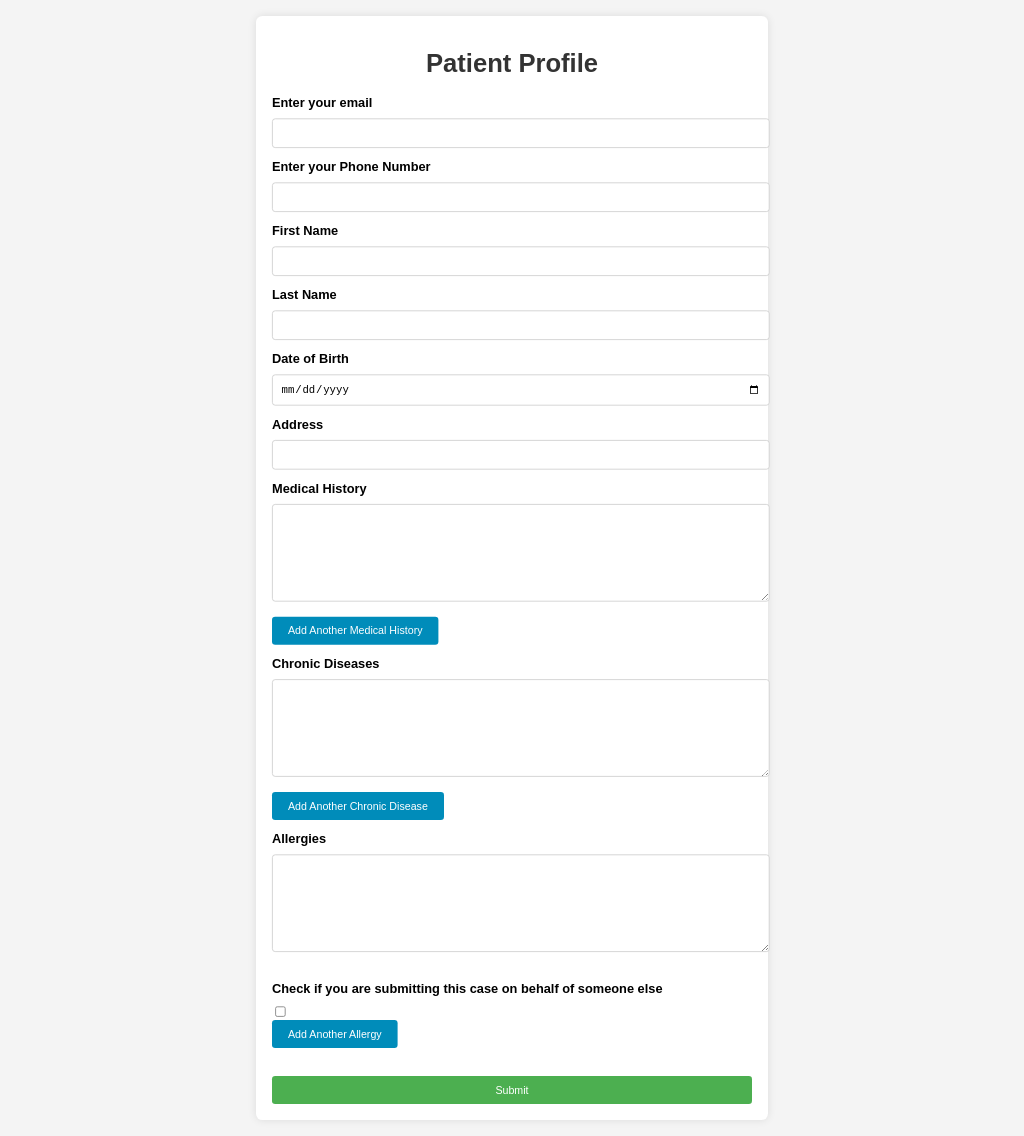
Repository: OmarAl-Saleh/Hospital-Emergency-System
Page: http://localhost/EmergencySystem/patient/sign-up.jsp
The author's editor kept a copy of each file at every save. The page is drawn from the files as they stood at one save, then again after the next save.
The browser window is 1280 px wide. The pictures show the whole page, at 80% of full size.
The page is served by Tomcat 9.

Above is the page before, as saved 2024-05-26 14:48:51.

After the next save:
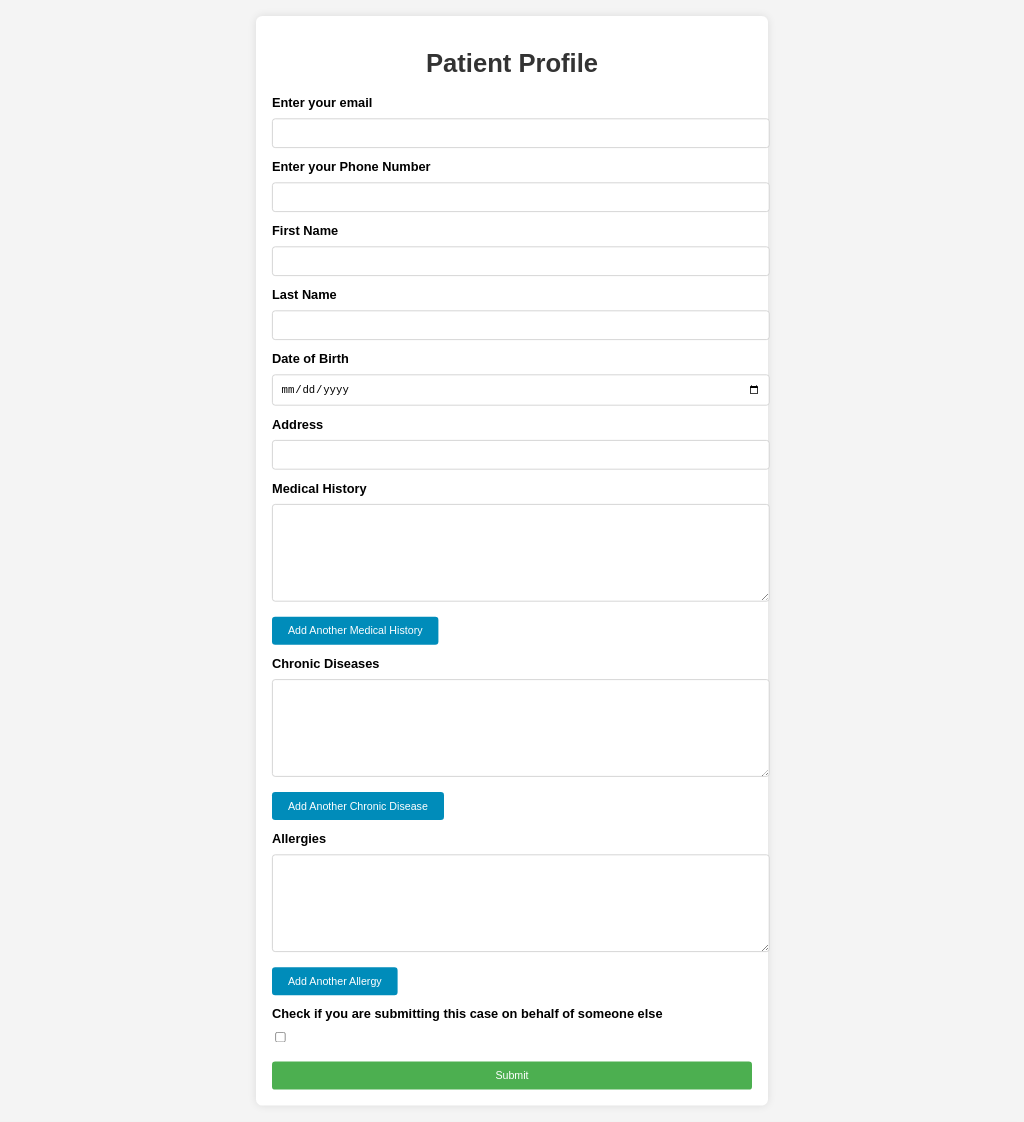
Saved 86 s later.
--- a/EmergencySystem/EmergencySystem/src/main/webapp/patient/sign-up.jsp
+++ b/EmergencySystem/EmergencySystem/src/main/webapp/patient/sign-up.jsp
@@ -151,6 +151,7 @@
         <div id="allergiesContainer">
             <textarea name="allergies[]" required></textarea>
         </div>
+        <button type="button" class="add-button" onclick="addField('allergiesContainer', 'allergies')">Add Another Allergy</button>
 
          <br>
     <label>Check if you are submitting this case on behalf of someone else</label>
@@ -184,7 +185,6 @@
     </div>
     </div>
     <br>
-        <button type="button" class="add-button" onclick="addField('allergiesContainer', 'allergies')">Add Another Allergy</button>
 
         <input type="submit" value="Submit">
     </form>
